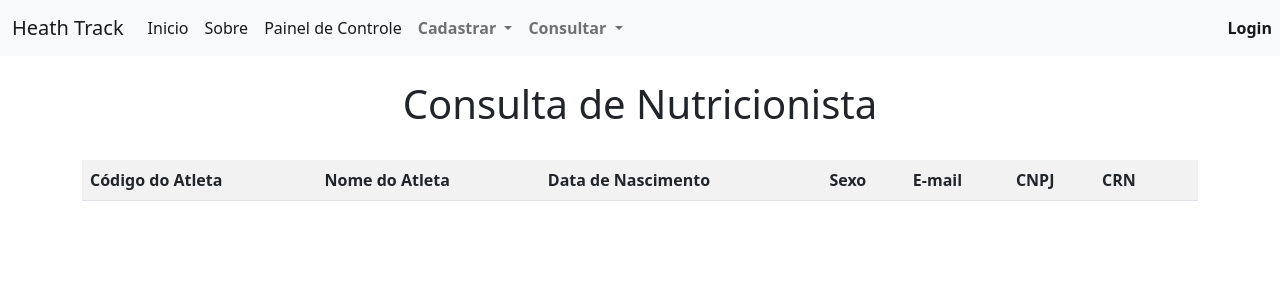
Repository: FellipySantos/HealthTrack_Finalizado
Page: http://localhost/JSPs/nutri?acao=listar
An editor plug-in stored every save of this project. The page is shown before and after the next save, followed by the edit.
The browser window is 1280 px wide. The pictures show the whole page.
The page is served by Tomcat 9. Queries for data that is not in the repository find no rows.

Above is the page before, as saved 2021-11-16 01:55:30.

After the next save:
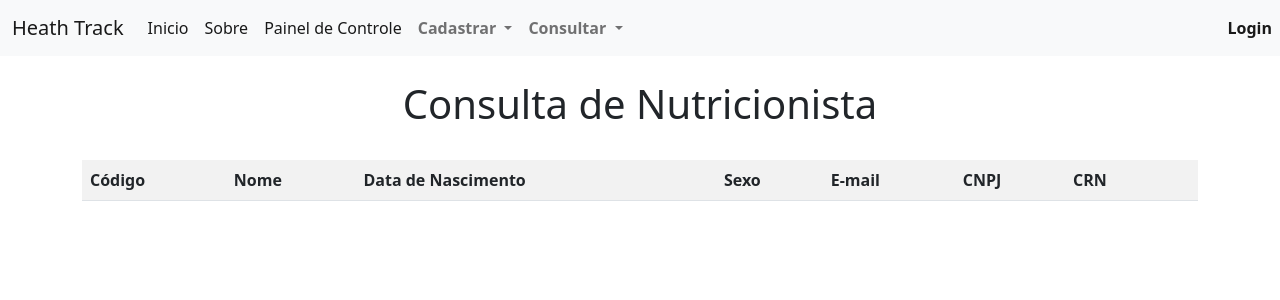
Saved 2 min 43 s later.
--- a/JSP/JSPs/WebContent/lista-nutri.jsp
+++ b/JSP/JSPs/WebContent/lista-nutri.jsp
@@ -24,8 +24,8 @@
 		</c:if>
 		<table class="table table-striped">
 			<tr>
-				<th>Código do Atleta</th>
-				<th>Nome do Atleta</th>
+				<th>Código</th>
+				<th>Nome</th>
 				<th>Data de Nascimento</th>
 				<th>Sexo</th>
 				<th>E-mail</th>
